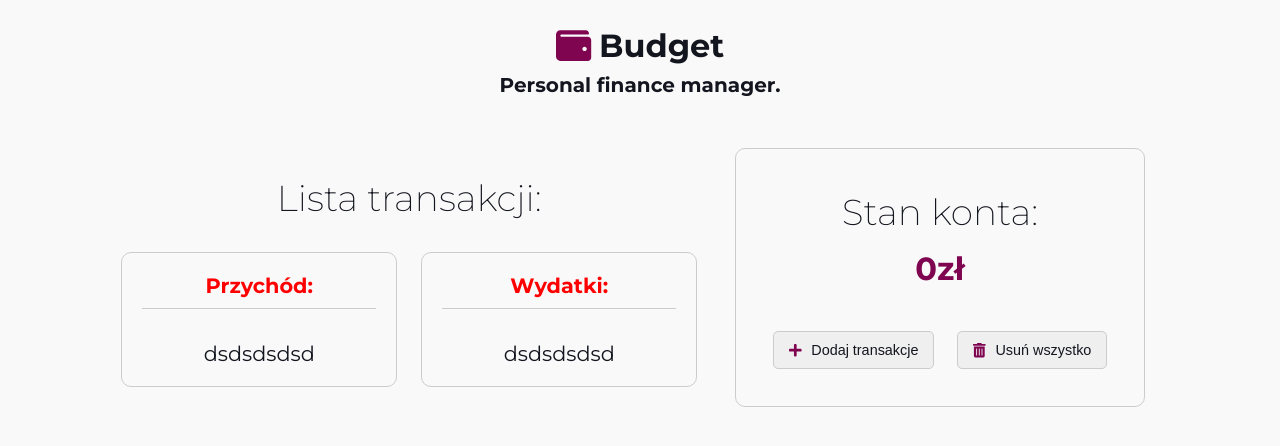
Repository: KrzysKolo/sr_tydzien4_zad4
Page: /
An editor plug-in stored every save of this project. The page is shown before and after the next save, followed by the edit.
The browser window is 1280 px wide. The pictures show the whole page.
Some web libraries are served in a nearby version. The project was rebuilt for these pictures with package versions that can differ from the ones it lists, and the page was loaded fresh each time. Also part of the build but not shown: src/components/budgetComponents/formComponents/Header.js, src/components/budgetComponents/formComponents/ErrorMessage.js, src/components/budgetComponents/formComponents/Input.js, src/components/budgetComponents/formComponents/Select.js.

Above is the page before, as saved 2020-12-03 21:38:03.

After the next save:
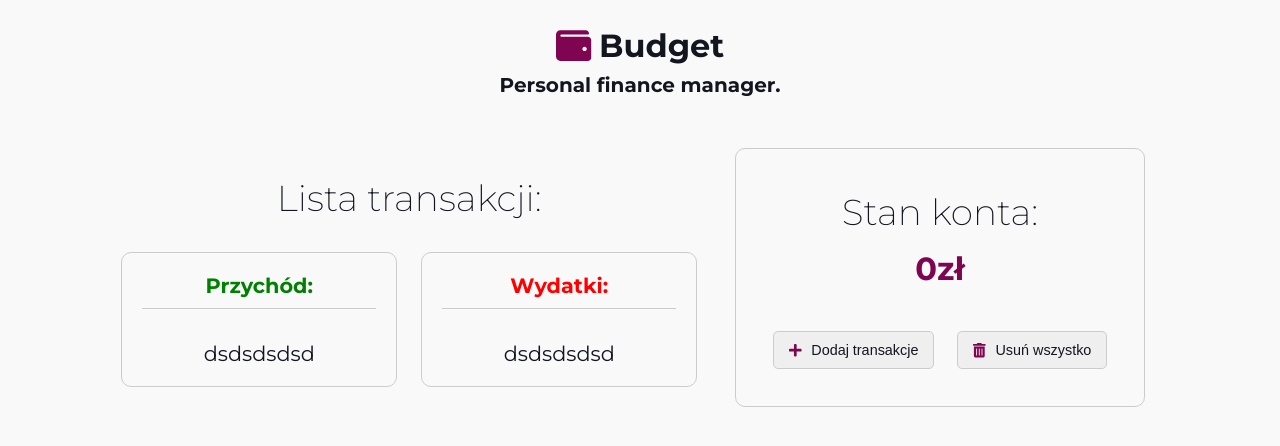
Saved 100 s later.
--- a/src/components/budgetComponents/Section.js
+++ b/src/components/budgetComponents/Section.js
@@ -14,10 +14,10 @@ const SectionWrapper = styled.section`
     padding: 20px;
     width: 300px;
 `;
-const Section = ({ title }) => {
+const Section = ({ title, label }) => {
     return (
         <SectionWrapper>
-           <H1 title={title} > </H1>
+           <H1 title={title} label={label} />
            <p>dsdsdsdsd</p>
         </SectionWrapper>
     )
